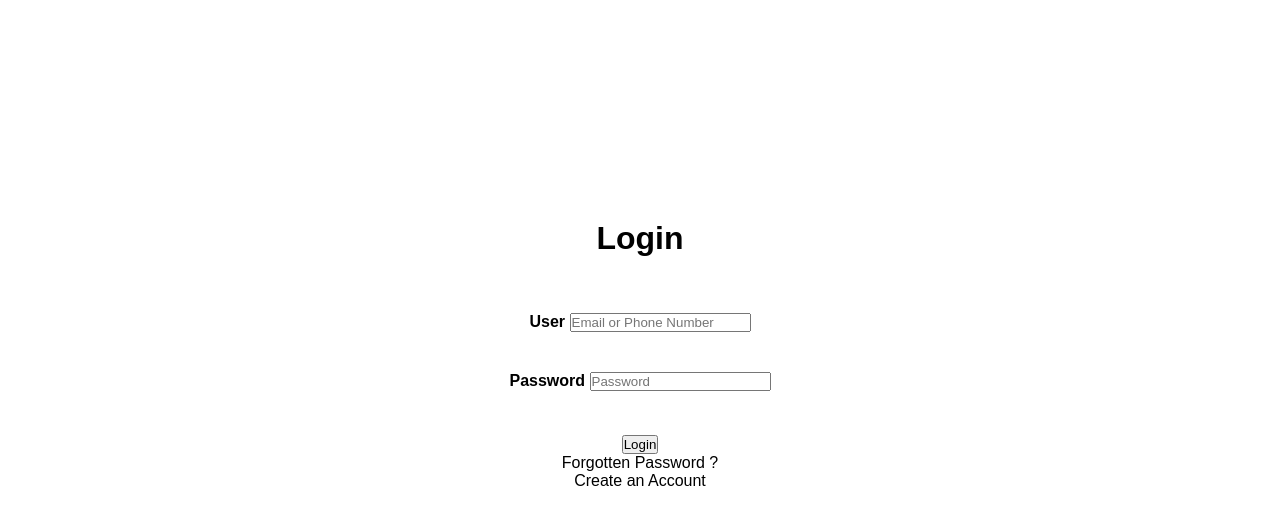
Repository: Naohonproject/web101x02_asm1
Page: login.html
The author's editor kept a copy of each file at every save. The page is drawn from the files as they stood at one save, then again after the next save.
The browser window is 1280 px wide. The pictures show the whole page.

Above is the page before, as saved 2022-01-15 23:35:17.

### login.html
<!-- @format -->

<!DOCTYPE html>
<html lang="en">
	<head>
		<meta charset="UTF-8" />
		<meta http-equiv="X-UA-Compatible" content="IE=edge" />
		<meta name="viewport" content="width=device-width, initial-scale=1.0" />

		<link rel="stylesheet" href="./assets/css/style.css" />
		<link rel="stylesheet" href="./assets/css/responsive.css" />
		<title>login</title>
	</head>
	<body>
		<form class="form" id="form-login" action="" method="">
			<div class="form-wrapper">
				<div class="logo">
					<h1>Login</h1>
				</div>
				<div class="input">
					<div class="user-input">
						<label for="user-id"><strong>User</strong></label>
						<input
							type="text"
							id="user-id"
							required
							placeholder="Email or Phone Number"
						/>
					</div>

					<div class="user-input">
						<label for="user-pass"><strong>Password</strong></label>
						<input type="text" id="user-pass" required placeholder="Password" />
					</div>
				</div>
				<div class="btn-block">
					<div class="btn">
						<button type="button">Login</button>
					</div>

					<div class="forgotten">
						<a href="">Forgotten Password ?</a>
					</div>
					<div class="Create-acc">
						<a href="Signup.html" target="_blank">Create an Account</a>
					</div>
				</div>
			</div>
		</form>
	</body>
</html>

### assets/css/style.css
/** @format */

/* common */

/* reset css */
* {
	box-sizing: border-box;
	padding: 0;
	margin: 0;
	text-decoration: none;
	color: #000;
}

/* row style */

/* collumn style */

/* Set text lineweight to Bold */
.bold-text {
	font-weight: 640;
}
.white-text {
	color: #fff !important;
}

.pull-left {
	float: left !important;
}

.pull-right {
	float: right !important;
}

.box-padding {
	padding: 40px 56px 30px;
}

.clear {
	clear: both;
}

/* specific */

html {
	font-family: Arial, Helvetica, sans-serif;
}

body {
	padding: 0 32px;
}
/* start styling header */
#header {
	height: 56px;
	width: 100%;
	background-color: #fff;
	background-clip: border-box;
	color: #000;
	font-size: 16px;
	text-transform: uppercase;
	font-weight: 500;
	position: fixed;
	top: 0;
	left: 0;
	z-index: 1;
	padding: 0 32px;
}

.header-wrapper {
	height: 100%;
	padding: 0 64px;
}

#header li:hover {
	background-color: #282830;
	cursor: pointer;
}
#header li:hover a {
	color: #fff;
}

#header li {
	display: inline-block;
	margin-left: 16px;
	line-height: 56px;
	padding: 0 16px;
}
/* end styling header */

/* start styling banner */
#banner {
	width: 100%;
	margin-top: 56px;
	padding-top: 39.123607%;
	background: url(../img/banner/banner.png) top center / cover no-repeat;
	background-origin: border-box;
	position: relative;
	top: 0;
	left: 0;
}

.banner-text-content {
	position: absolute;
	top: 160px;
	left: 56px;
}

#banner .content-heading,
.content-desc {
	font-family: "Times New Roman", Times, serif;
}

#banner .content-heading {
	font-size: 28px;
}

#banner .content-desc {
	font-size: 24px;
}
/* end styling banner */

/* start styling content */
#content {
	background-color: #e7e7e7;
	width: 100%;
	background-clip: border-box;
}

#content .content-heading h2,
p {
	padding: 4px 0;
}

#content .content-heading {
	margin-bottom: 20px;
}
#content img {
	display: block;
	width: 100%;
}

#content .image-block {
	float: left;
	width: calc(100% / 3);
	padding: 0 16px;
}

#content .content-images-table {
	margin-left: -16px;
	margin-right: -16px;
}

.image-block .first-img {
	margin-bottom: 40px;
}
/* end styling content */

/* start styling footer */
#footer {
	background-color: #ccc;
}

#footer .footer-block {
	float: left;
	max-width: calc(100% / 3);
	padding: 0 16px;
}

#footer .footer-wrapper {
	padding-bottom: 56px;
}

#footer h3,
p,
a {
	padding: 12px 0px;
}

#footer p {
	line-height: 24px;
}
#footer a {
	color: #1dabb8;
}
/* end styling footer */

/* start styling login.html */

.form-wrapper {
	width: 500px;
	margin: 0 auto;
	text-align: center;
	position: relative;
	top: 200px;
}

.form .logo {
	padding: 20px 40px;
	margin-bottom: 16px;
}
.form .input {
	margin-bottom: 24px;
}

.form .user-input {
	padding: 20px 0;
}

Loaded but not shown: assets/css/responsive.css (no stored copy; drawn as an empty file)

After the next save:
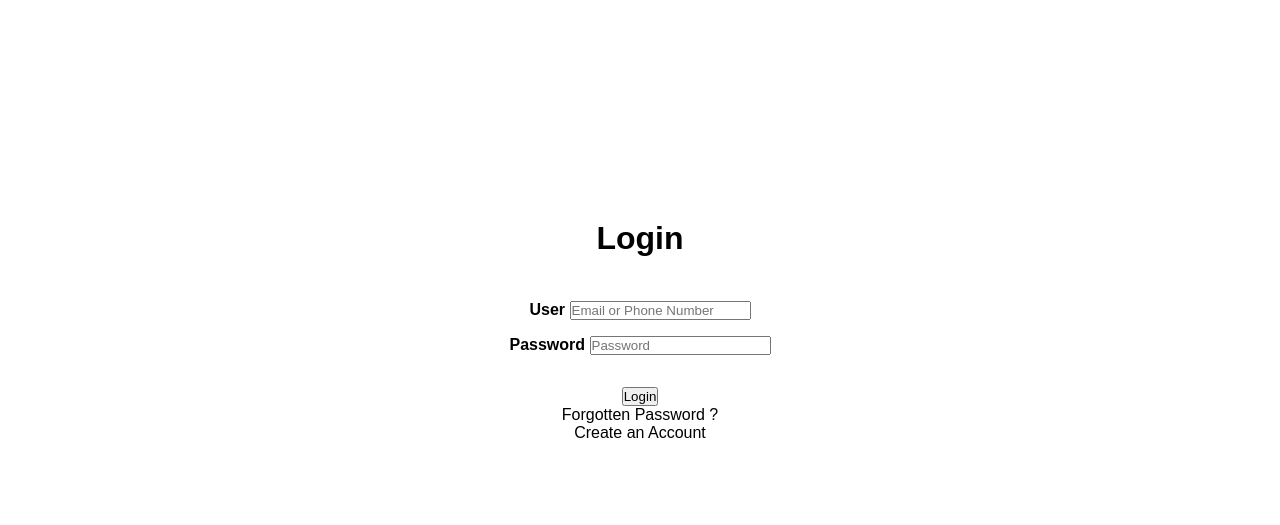
Saved 5 s later.
--- a/assets/css/style.css
+++ b/assets/css/style.css
@@ -202,5 +202,5 @@ a {
 }
 
 .form .user-input {
-	padding: 20px 0;
-}
+	padding: 8px 0;
+}
